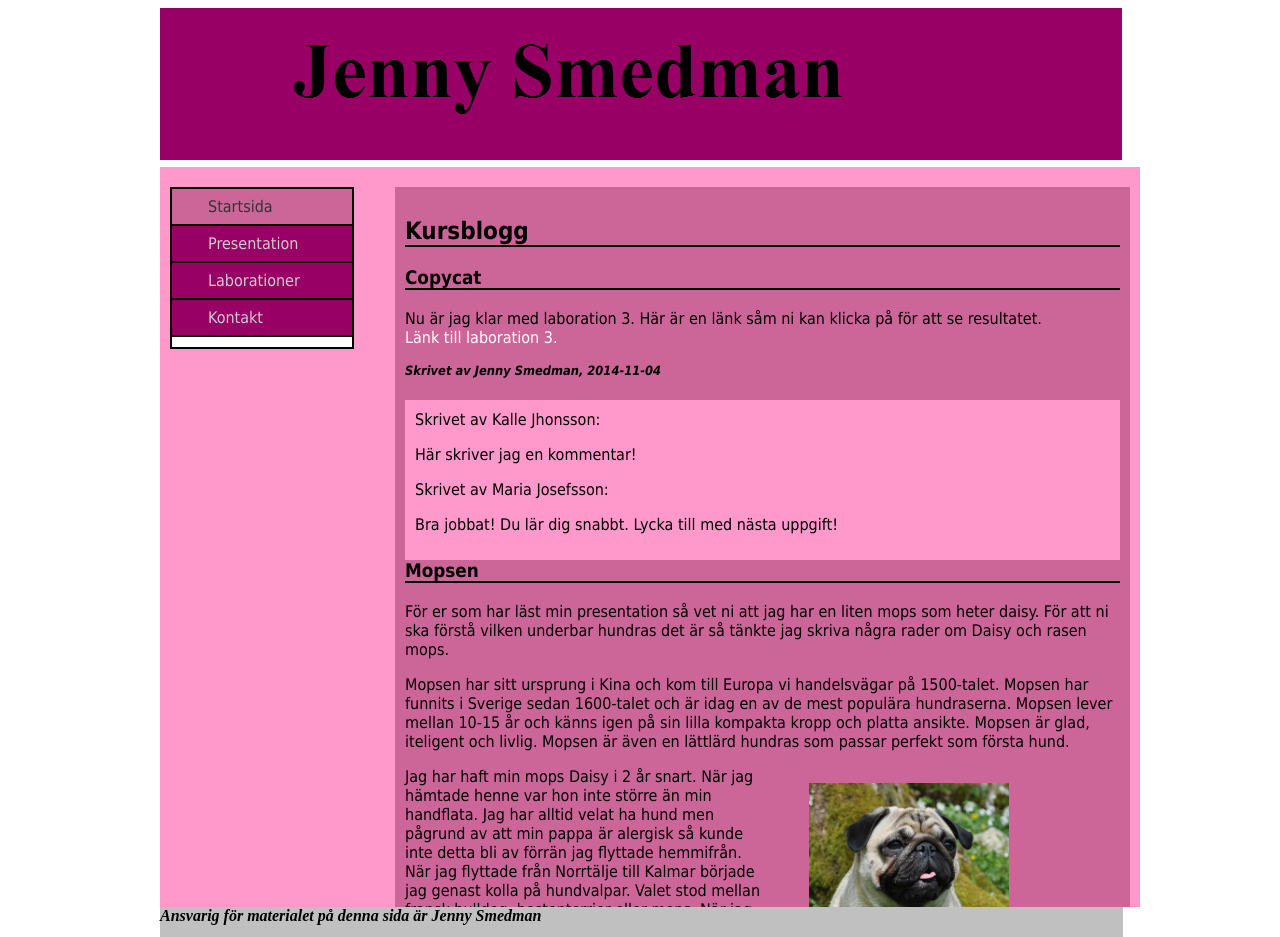
Repository: js223mx/1ik415-js223mx-laborationer
Page: pages/lab5index.html
The author's editor kept a record of every edit. The page is drawn from the files as they stood at one moment, then again after the next edit.
The browser window is 1280 px wide. The pictures show the whole page.
An inner scrolling area shows only its first screen.

Above is the page before.

After the next edit:
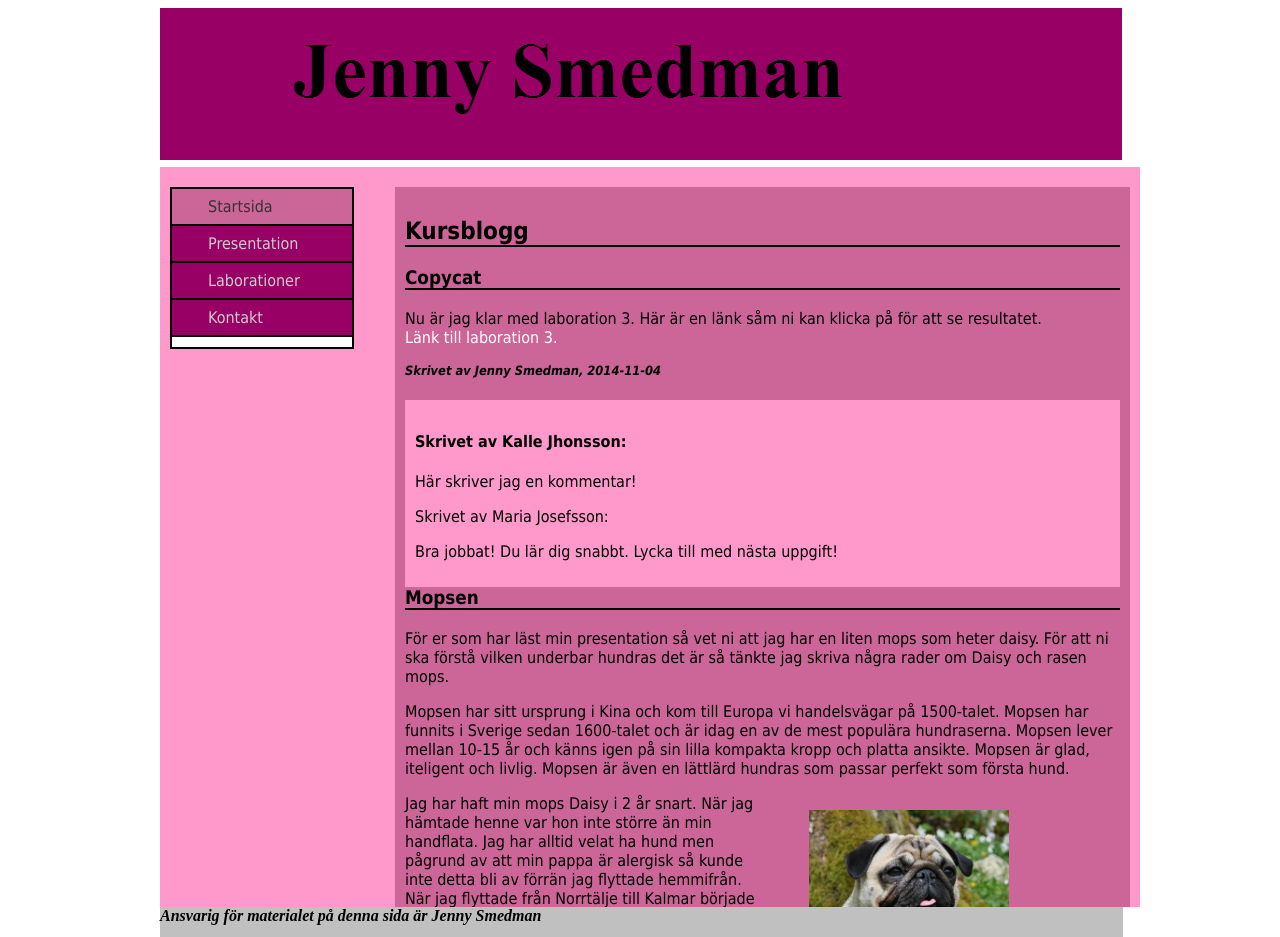
The edit:
--- a/pages/lab5index.html
+++ b/pages/lab5index.html
@@ -39,7 +39,8 @@
                 </p>
                 <p id="signed">Skrivet av Jenny Smedman, 2014-11-04</p>
                 <section class="comments">
-                    <div>Skrivet av Kalle Jhonsson:
+                    <div>
+                    <h4 class="skrivet">Skrivet av Kalle Jhonsson:</h4>
                     <p>Här skriver jag en kommentar!</p>
                     </div>
                     <div>Skrivet av Maria Josefsson:
